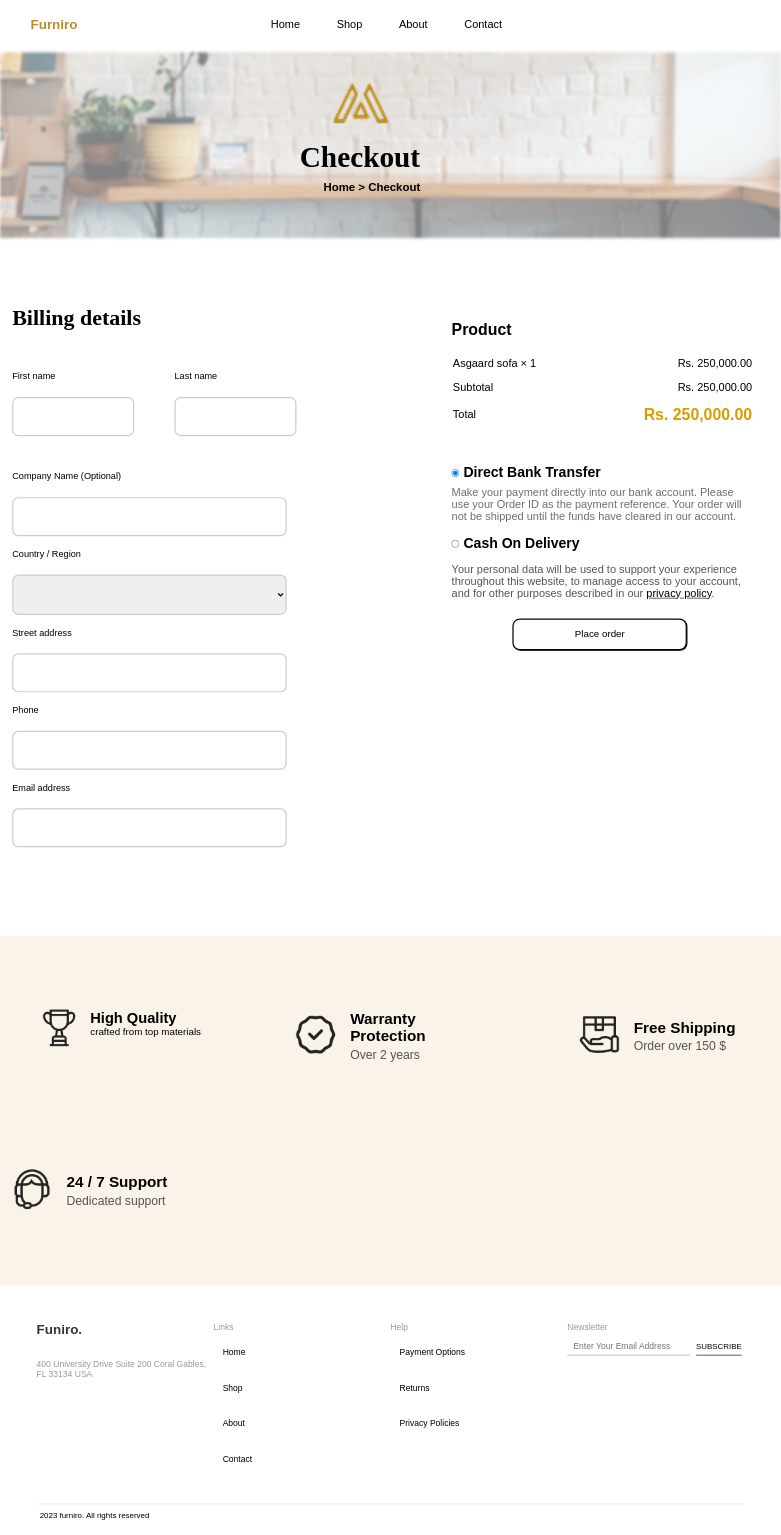
Repository: Ali1Kh/Furniro-ITI
Page: pages/checkout.html
An editor plug-in stored every save of this project. The page is shown before and after the next save, followed by the edit.
The browser window is 1280 px wide. The pictures show the whole page, at 61% of full size.

Above is the page before, as saved 2025-07-19 21:57:41.

After the next save:
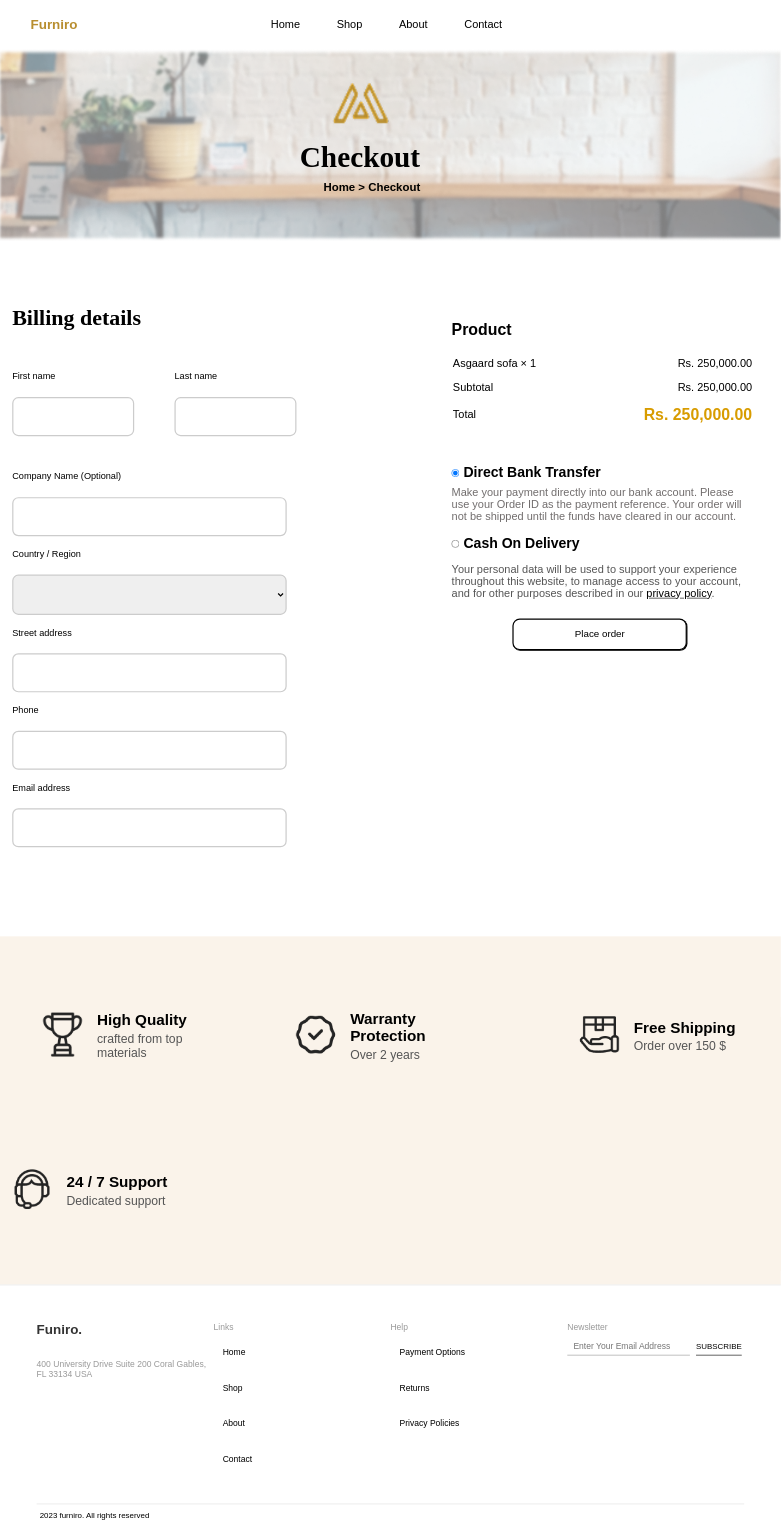
Saved 10 s later.
--- a/pages/checkout.html
+++ b/pages/checkout.html
@@ -151,7 +151,7 @@
     </div>
 
     <div id="quality">
-      <div class="1"
+      <div class="quality-box"
         style="display: flex; gap: 1.5rem; padding-top: 80px; padding-bottom: 80px;width: 25%;padding-left: 50px;">
         <div class="l"><img src="../assets/icons/Group copy.png" alt=""></div>
         <div class="r">
